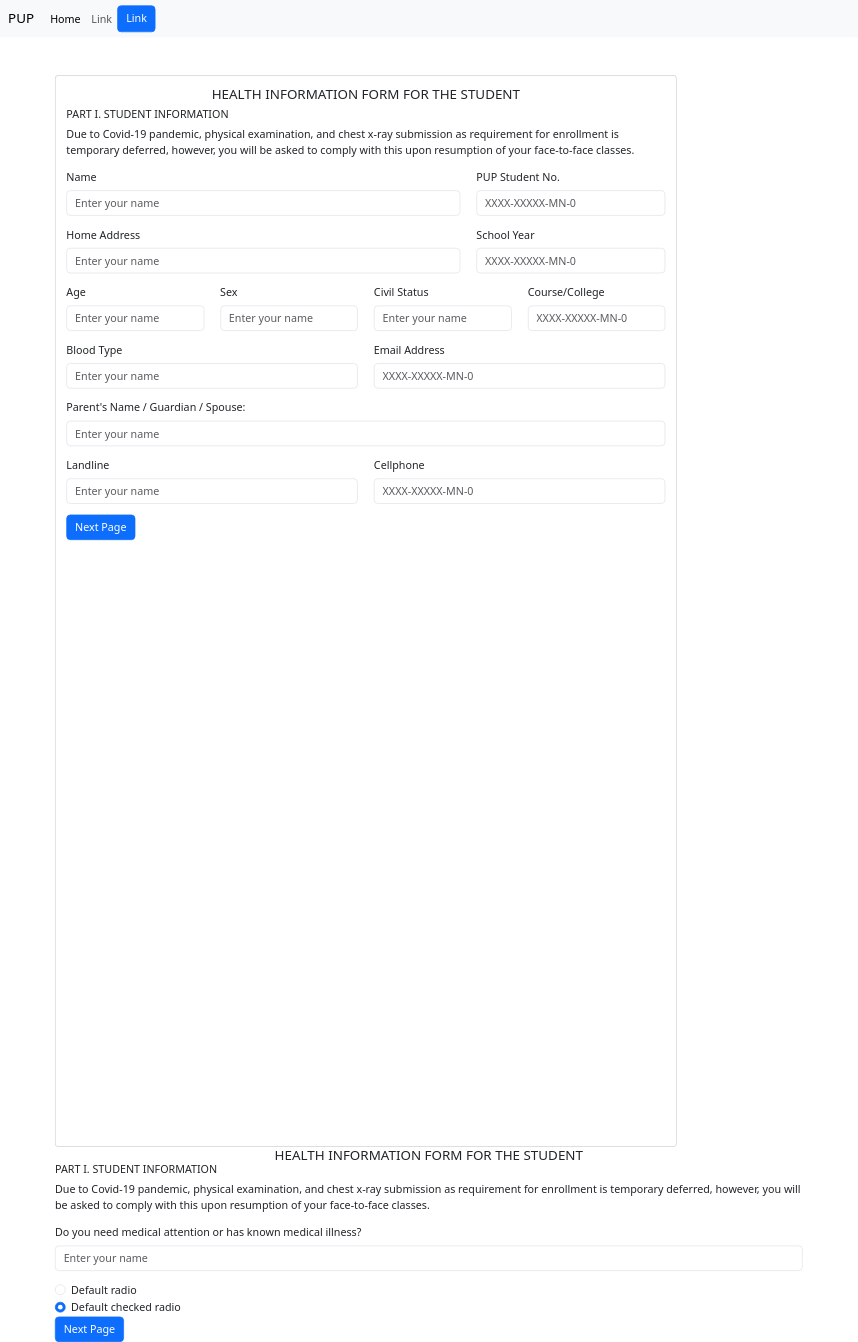
Repository: Nicktacku/webdev
Page: form.html
The author's editor kept a copy of each file at every save. The page is drawn from the files as they stood at one save, then again after the next save.
The browser window is 1280 px wide. The pictures show the whole page, at 67% of full size.

Above is the page before, as saved 2024-07-15 18:11:34.

After the next save:
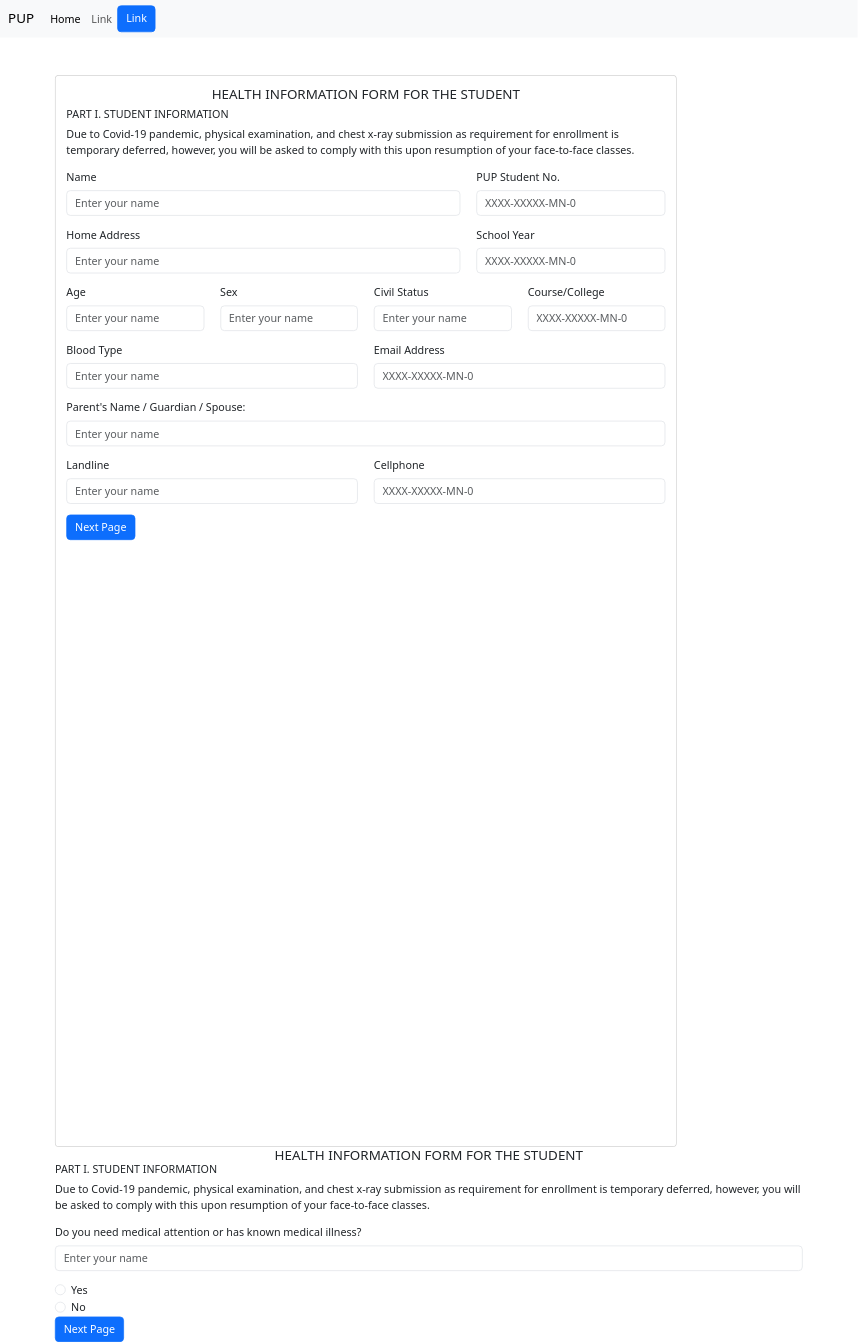
Saved 34 s later.
--- a/form.html
+++ b/form.html
@@ -171,13 +171,13 @@
                 <div class="form-check">
                     <input class="form-check-input" type="radio" name="flexRadioDefault" id="flexRadioDefault1">
                     <label class="form-check-label" for="flexRadioDefault1">
-                      Default radio
+                      Yes
                     </label>
                   </div>
                   <div class="form-check">
-                    <input class="form-check-input" type="radio" name="flexRadioDefault" id="flexRadioDefault2" checked>
+                    <input class="form-check-input" type="radio" name="flexRadioDefault" id="flexRadioDefault2">
                     <label class="form-check-label" for="flexRadioDefault2">
-                      Default checked radio
+                      No
                     </label>
                   </div>
             </div>
